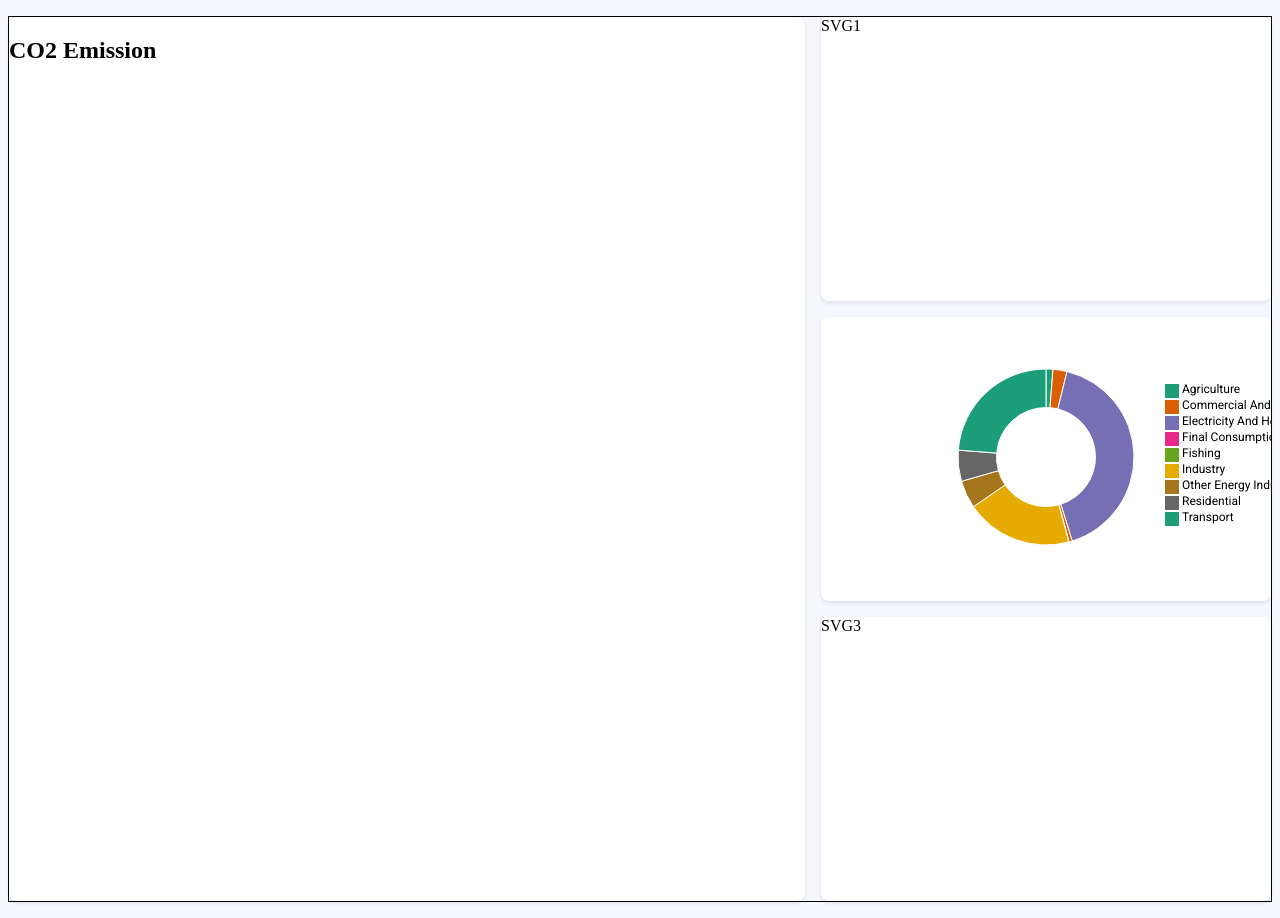
Repository: losmarco/CO2-Emission-Data-Dashboard
Page: index.html
The author's editor kept a copy of each file at every save. The page is drawn from the files as they stood at one save, then again after the next save.
The browser window is 1280 px wide. The pictures show the whole page.
The style sheet was rebuilt from its Sass, Less or Tailwind sources for each picture, by a compiler version that may differ from the author's.

Above is the page before, as saved 2020-03-29 17:46:44.

### index.html
<!DOCTYPE html>
<html lang="en">
<head>
    <meta charset="UTF-8">
    <meta name="viewport" content="width=device-width, initial-scale=1.0">
    <meta http-equiv="X-UA-Compatible" content="ie=edge">
    <title>CO2 Emission Data Chart</title>

    <link rel="stylesheet" href="style.css">
    <script src="https://d3js.org/d3.v5.min.js"></script>
</head>
<body>
    <div class="container">
        <div class="card main_graph">
            <h2>CO2 Emission</h2>
        </div>


        <div class="card graph1">SVG1</div>
        <div class="card graph2">
            <div id="donut"></div>
        </div>
        <div class="card graph3">SVG3</div>
    </div>
</body>
    <script src="javascript/master.js"></script>
    <script src="javascript/chart.js"></script>
</html>

### javascript/master.js
//Parsing CSV file

### javascript/chart.js
//This document is for d3 related script ( ͡° ͜ʖ ͡°)

//Donut Chart
// set the dimensions and margins of the graph
var width = 450
    height = 280
    margin = 30
// The radius of the pieplot is half the width or half the height (smallest one). I subtract a bit of margin.
var radius = Math.min(width, height) / 2 - margin

//append the svg object to the div called 'donut'
var svg = d3.select("#donut")
            .append("svg")
            .attr("width", width)
            .attr("height", height)
            .append("g")
            .attr("transform", "translate(" + width / 2 + "," + height / 2 + ")");




//Color
var color = d3.scaleOrdinal()
.domain(["Agriculture",
        "Commercial And Public Services",
        "Electricity And Heat Producers",
        "Final Consumption Not Else where Specified",
        "Fishing",
        "Industry",
        "Other Energy Industries",
        "Residential",
        "Transport"])
.range(d3.schemeDark2);

d3.csv("data/world-sector.csv")
  .then(function(csvdata){

    var latestData = csvdata[csvdata.length - 1];

    var agri = parseInt(latestData.agriculture),
        cap = parseInt(latestData.commercialAndPublicServices),
        eahp = parseInt(latestData.electricityAndHeatProducers),
        fcnes = parseInt(latestData.finalConsumptionNotElsewhereSpecified),
        fishing = parseInt(latestData.fishing),
        industry = parseInt(latestData.industry),
        oei = parseInt(latestData.otherEnergyIndustries),
        residential = parseInt(latestData.residential),
        transport = parseInt(latestData.transport);

  const total = (agri + cap + eahp + fcnes + fishing + industry + oei + residential + transport);

  const percent = 100;

  var agri = ((agri/total) * percent).toFixed(2),
      cap = ((cap/total) * percent).toFixed(2),
      eahp = ((eahp/total) * percent).toFixed(2),
      fcnes = ((fcnes/total) * percent).toFixed(2),
      fishing = ((fishing/total) * percent).toFixed(2),
      industry = ((industry/total) * percent).toFixed(2),
      oei = ((oei/total) * percent).toFixed(2),
      residential = ((residential/total) * percent).toFixed(2),
      transport = ((transport/total) * percent).toFixed(2);


  //Final Data
  var data = {"Agriculture": agri,
              "Commercial And Public Services": cap,
              "Electricity And Heat Producers": eahp,
              "Final Consumption":fcnes ,
              "Fishing": fishing,
              "Industry":industry,
              "Other Energy Industries": oei,
              "Residential":residential,
              "Transport":transport
            }

  // Compute the position of each group on the pie:
  var pie = d3.pie()
    .sort(null) // Do not sort group by size
    .value(function(d) {return d.value; })
  var data_ready = pie(d3.entries(data))

  // The arc generator + hole size
  var arc = d3.arc()
    .innerRadius(radius * 0.45)
    .outerRadius(radius * 0.8)

  // Build the pie chart: Basically, each part of the pie is a path that we build using the arc function.
  svg.selectAll('allSlices')
      .data(data_ready)
      .enter()
      .append('path')
      .attr('d', arc)
      .attr('fill', function(d){ return(color(d.data.key)) })
      .attr("stroke", "white")
      .style("stroke-width", "1px")
      .style("opacity", 1)


})//closing tag for d3.csv

//Legend
var legendRectSize = 12;
var legendSpacing = 4;

var legend = svg.selectAll('.legend')
                .data(color.domain())
                .enter()
                .append('g')
                .attr('class', 'legend')
                .attr('transform', function(d, i) {
                  var height = legendRectSize + legendSpacing;
                  var offset =  height * color.domain().length / 2;
                  var horz = 10 * legendRectSize;
                  var vert = i * height - offset;
                  return 'translate(' + horz + ',' + vert + ')';
});


legend.append('rect')
  .attr('width', legendRectSize)
  .attr('height', legendRectSize)
  .style('fill', color)
  .style('stroke', color);

legend.append('text')
  .attr('x', legendRectSize + legendSpacing )
  .attr('y', legendRectSize - legendSpacing)
  .text(function(d) { return d; });


//End of Donut Chart


  // Add the polylines between chart and labels:
  // svg
  //   .selectAll('allPolylines')
  //   .data(data_ready)
  //   .enter()
  //   .append('polyline')
  //     .attr("stroke", "black")
  //     .style("fill", "none")
  //     .attr("stroke-width", 1)
  //     .attr('points', function(d) {
  //       var posA = arc.centroid(d) // line insertion in the slice
  //       var posB = outerArc.centroid(d) // line break: we use the other arc generator that has been built only for that
  //       var posC = outerArc.centroid(d); // Label position = almost the same as posB
  //       var midangle = d.startAngle + (d.endAngle - d.startAngle) / 2 // we need the angle to see if the X position will be at the extreme right or extreme left
  //       posC[0] = radius * 0.95 * (midangle < Math.PI ? 1 : -1); // multiply by 1 or -1 to put it on the right or on the left
  //       return [posA, posB, posC]
  //     })

  // Add the polylines between chart and labels:
  // svg
  //   .selectAll('allLabels')
  //   .data(data_ready)
  //   .enter()
  //   .append('text')
  //     .text( function(d) { console.log(d.data.key) ; return d.data.key } )
  //     .attr('transform', function(d) {
  //         var pos = outerArc.centroid(d);
  //         var midangle = d.startAngle + (d.endAngle - d.startAngle) / 2
  //         pos[0] = radius * 0.99 * (midangle < Math.PI ? 1 : -1);
  //         return 'translate(' + pos + ')';
  //     })
  //     .style('text-anchor', function(d) {
  //         var midangle = d.startAngle + (d.endAngle - d.startAngle) / 2
  //         return (midangle < Math.PI ? 'start' : 'end')
  //     })

### style.scss
//Google Font
@import url('https://fonts.googleapis.com/css2?family=Roboto:ital,wght@0,100;0,300;0,400;0,500;0,700;0,900;1,100;1,300;1,400;1,500;1,700;1,900&display=swap');

// Font
@mixin header{
    font-family: 'Roboto', sans-serif;
    font-weight: 700;
}
@mixin text{
    font-family: 'Roboto', sans-serif;
    font-weight: 500;
    font-size: 12px;
}

// Color
$backgroun-white:#f4f7fc;
$white: #ffffff;
$grey: #828f95;
$black: #252831;
$purple: #7b43a1;
$orange: #ff9824;
$pink: #f2317a;
$primary-green:#58cf6c;
$secondary-green: #43a19e;

//Card
@mixin card-background{
    background-color: $white;
    border-radius: 8px;
    box-shadow: 0 2px 4px rgba(0,0,0,0.04), 0 2px 4px rgba(0,0,0,0.06);
}

body{
    background: $backgroun-white;
}

.container{
    display:grid;
    grid-template-rows: repeat(3, 1fr);
    grid-template-columns:repeat(4, 1fr);
    grid-gap: 1em;
    border: 1px solid black;
    margin: 1em auto;
}

.main_graph{
    grid-row:1/4;
    grid-column: 1/4;
}

.graph1{
    grid-row:1/2;
    grid-column: 4/5;
}

.graph2{
    grid-row:2/3;
    grid-column: 4/5;
    width: 450px;
    //  g{
    // transform: translateX(-150px);
    // }
    .legend {
        font-family: 'Roboto', sans-serif;
        font-size: 12px;
        font-weight:400;
    }
    rect {
        stroke-width: 2;
    }


}

.graph3{
    grid-row:3/4;
    grid-column: 4/5;
}

.card{
    @include card-background;
}
svg{
    margin: 0 auto;

}

After the next save:
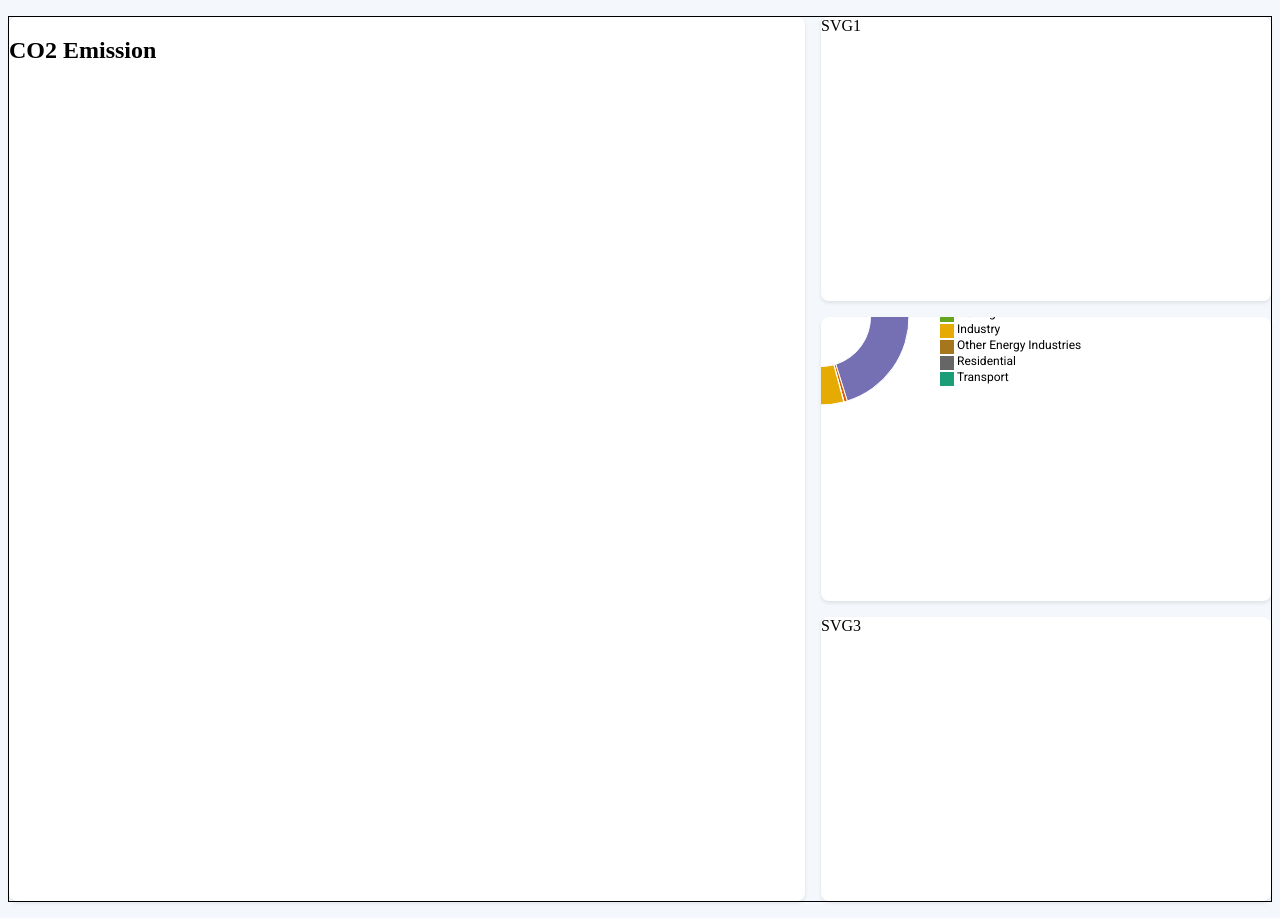
Saved 44 s later.
--- a/javascript/chart.js
+++ b/javascript/chart.js
@@ -14,7 +14,7 @@
             .attr("width", width)
             .attr("height", height)
             .append("g")
-            .attr("transform", "translate(" + width / 2 + "," + height / 2 + ")");
+            .attr("transform", "translate(" + (width / 2)-100 + "," + height / 2 + ")");
 
 
 

After the 2 saves that followed:
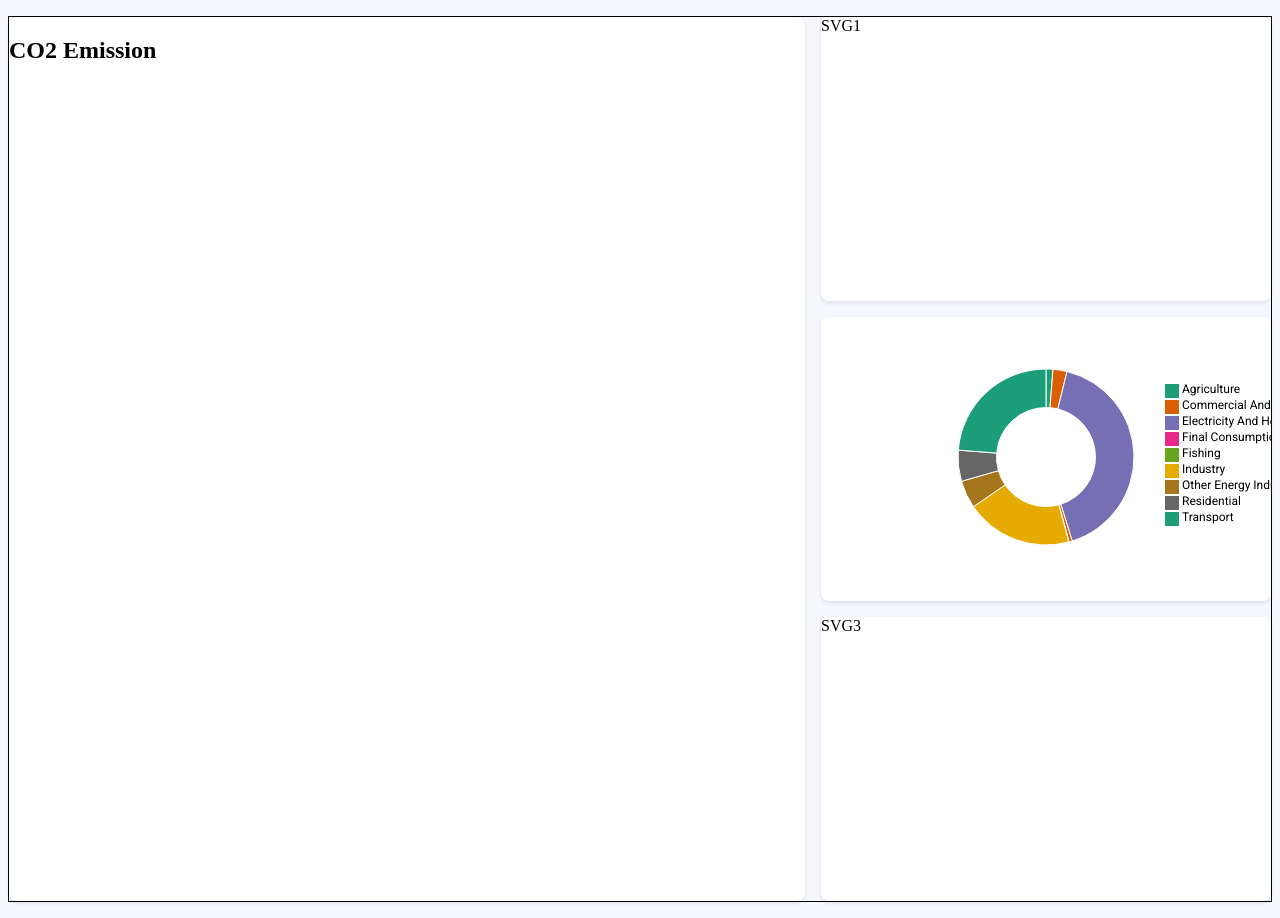
The 2 saves are shown as one change because 1 left the picture as it was.
The last was saved 13 s later.
--- a/javascript/chart.js
+++ b/javascript/chart.js
@@ -14,7 +14,7 @@
             .attr("width", width)
             .attr("height", height)
             .append("g")
-            .attr("transform", "translate(" + (width / 2)-100 + "," + height / 2 + ")");
+            .attr("transform", "translate(" + width / 2 + "," + height / 2 + ")");
 
 
 
